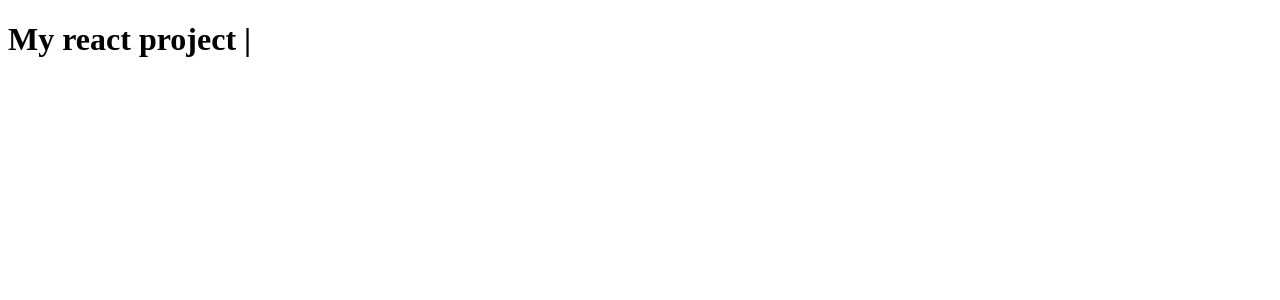
Repository: Strong02coder/REACT-HINDI---01
Page: / (app in reactbasics-01/)
The author's editor kept a copy of each file at every save. The page is drawn from the files as they stood at one save, then again after a run of saves.
The browser window is 1280 px wide. The pictures show the whole page.
The project was rebuilt for these pictures with package versions that can differ from the ones it lists, and the page was loaded fresh each time.

Above is the page before, as saved 2024-06-12 19:20:42.

After the next 5 saves:
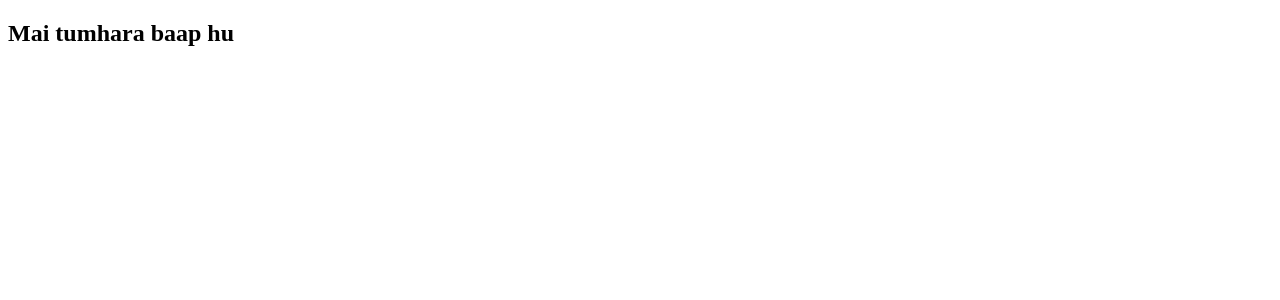
The 5 saves are shown as one change because 2 did not build or start and some came seconds apart.
The last was saved 19 s later.
--- a/reactbasics-01/src/App.js
+++ b/reactbasics-01/src/App.js
@@ -3,7 +3,7 @@ import Kim from "./aryan"
 
 function App() {
   return (
-    <h1>My react project |</h1>
+    <Kim />
   );
 }
 
